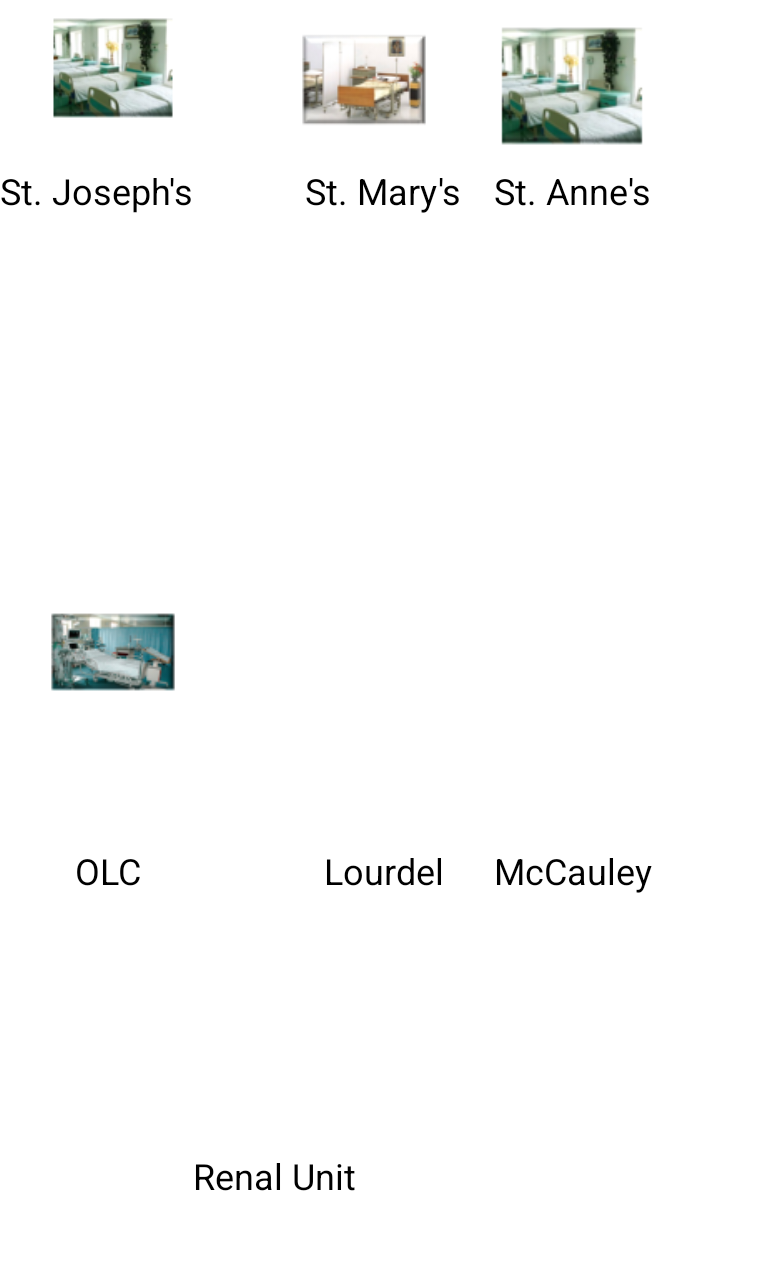
Repository: erwasambo/greendevelopment
Layout: GreenDevelopment/NASCuisine/res/layout/patientdash.xml
An editor plug-in stored every save of this project. The layout is shown before and after the next save, followed by the edit.
It is drawn on a 768 x 1280 px phone screen (xhdpi) without system bars, with theme AppTheme; the app's code is not run.

Above is the layout before, as saved 2013-12-03 04:35:47.

After the next save:
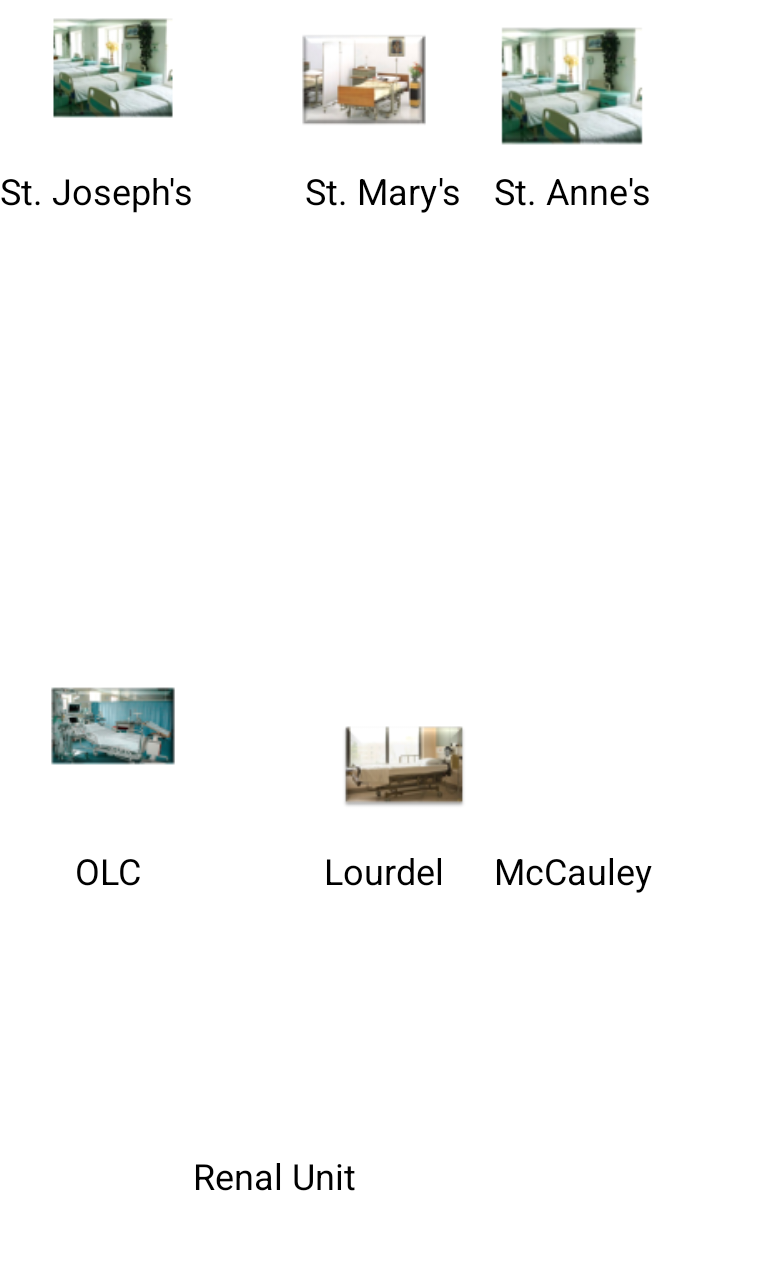
Saved 2 min 1 s later.
--- a/GreenDevelopment/NASCuisine/res/layout/patientdash.xml
+++ b/GreenDevelopment/NASCuisine/res/layout/patientdash.xml
@@ -105,8 +105,17 @@
         android:layout_width="80dp"
         android:layout_height="80dp"
         android:layout_above="@+id/textView4"
-        android:layout_alignLeft="@+id/imageView1"
-        android:layout_marginBottom="57dp"
+        android:layout_alignRight="@+id/textView1"
+        android:layout_marginBottom="20dp"
         android:src="@drawable/olc" />
 
+    <ImageView
+        android:id="@+id/imageView5"
+        android:layout_width="80dp"
+        android:layout_height="80dp"
+        android:layout_alignLeft="@+id/textView5"
+        android:layout_alignTop="@+id/imageView4"
+        android:layout_marginTop="21dp"
+        android:src="@drawable/lourdel" />
+
 </RelativeLayout>
